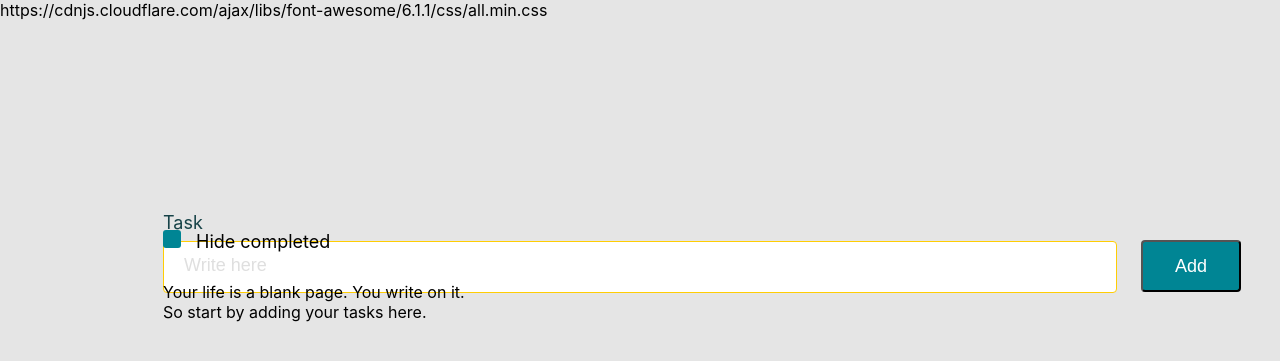
Repository: ArusyakAghajanyan/ToDoMamble
Page: /
The author's editor kept a copy of each file at every save. The page is drawn from the files as they stood at one save, then again after the next save.
The browser window is 1280 px wide. The pictures show the whole page.
The project was rebuilt for these pictures with package versions that can differ from the ones it lists, and the page was loaded fresh each time. Also part of the build but not shown: src/components/toDoItem.css, src/components/ToDoItem.jsx, src/components/confirm.css, src/components/Confirm.jsx.

Above is the page before, as saved 2022-05-25 12:40:04.

### public/index.html
<!DOCTYPE html>
<html lang="en">
  <head>
    <meta charset="utf-8" />
    <link rel="icon" href="%PUBLIC_URL%/favicon.ico" />
    https://cdnjs.cloudflare.com/ajax/libs/font-awesome/6.1.1/css/all.min.css
    <meta name="viewport" content="width=device-width, initial-scale=1" />
    <meta name="theme-color" content="#000000" />
    <meta
      name="description"
      content="Web site created using create-react-app"
    />
    <link rel="apple-touch-icon" href="%PUBLIC_URL%/logo192.png" />
    <!--
      manifest.json provides metadata used when your web app is installed on a
      user's mobile device or desktop. See https://developers.google.com/web/fundamentals/web-app-manifest/
    -->
    <link rel="manifest" href="%PUBLIC_URL%/manifest.json" />
    <!--
      Notice the use of %PUBLIC_URL% in the tags above.
      It will be replaced with the URL of the `public` folder during the build.
      Only files inside the `public` folder can be referenced from the HTML.

      Unlike "/favicon.ico" or "favicon.ico", "%PUBLIC_URL%/favicon.ico" will
      work correctly both with client-side routing and a non-root public URL.
      Learn how to configure a non-root public URL by running `npm run build`.
    -->
    <title>React App</title>
  </head>
  <body>
    <noscript>You need to enable JavaScript to run this app.</noscript>
    <div id="root"></div>
    <!--
      This HTML file is a template.
      If you open it directly in the browser, you will see an empty page.

      You can add webfonts, meta tags, or analytics to this file.
      The build step will place the bundled scripts into the <body> tag.

      To begin the development, run `npm start` or `yarn start`.
      To create a production bundle, use `npm run build` or `yarn build`.
    -->
  </body>
</html>

### src/index.css
body {

    /* min-width: 230px; */
    max-width: 1440px;


  margin: 0;
  font-family: -apple-system, BlinkMacSystemFont, 'Segoe UI', 'Roboto', 'Oxygen',
    'Ubuntu', 'Cantarell', 'Fira Sans', 'Droid Sans', 'Helvetica Neue',
    sans-serif;
  -webkit-font-smoothing: antialiased;
  -moz-osx-font-smoothing: grayscale;
}

code {
  font-family: source-code-pro, Menlo, Monaco, Consolas, 'Courier New',
    monospace;
}

### src/App.js

import './App.css';
import AddItem from './components/AddItem';
import ToDoList from './components/ToDoList';
import Confirm from './components/Confirm';
import {useState,useEffect} from 'react'


function App() {
  const [todo, setTodo]=useState([]);
  const [filteredTodo,setFilteredTodo]=useState([]);
  const [modal, setModal] = useState(false);
const [confirmStatus, setConfirmStatus] = useState(false);
  const [deleteItem, setDeletItem] = useState({});

  function modalStatus(status, item){
    console.log(status, item);
    setModal(status);
    setDeletItem(item);

  }
  function confirmDelete(status){
    console.log("deletestatus=", status);
    if(status === "no") {
      setConfirmStatus(false);
      setModal(false);
    }else if (status === "yes"){
      setConfirmStatus(true);
      setModal(false)
    }
  }
  function filter(check){
    if(check){
      setFilteredTodo(todo.filter(td => td.isCompleted))
    }else{
      setFilteredTodo([]);
    }
  }

  useEffect(()=>{
    console.log("confirmStatus=", confirmStatus);
    if(confirmStatus){
      setTodo(todo.filter(value => value.id !== deleteItem.id));
      setDeletItem({});
    }
    setConfirmStatus(false);
      console.log(modal);

  },[confirmStatus])

useEffect(() => {
  let todos;
  let storageData = localStorage.getItem("todos");
  if(storageData !== "undefined"){
    todos = JSON.parse(storageData);
  }
  if(todos) setTodo(todos);
}, [])

useEffect(() => {
 if(todo.length > 0) localStorage.setItem("todos",JSON.stringify(todo))
 if(todo.length == 0) localStorage.clear();
}, [todo])

  return (
    <div className="App">
    <div className="checkContainer">
  <div className="filterDiv">
    <input id="filter" type="checkbox" onChange={(e)=>{
      filter(e.target.checked)
      }} />

      <label htmlFor="filter" className="chkbox">
      Hide completed
      </label>
      </div>
      <div className="addContainer">
        <AddItem onAdd={(text)=>{
        setTodo([{
          id:Math.random(),
          text:text,
          isCompleted:false
        },...todo])
      }}/>


      <ToDoList
      todo={filteredTodo.length > 0 ? todo.filter(td => !td.isCompleted):todo}
      modalStatus={modalStatus}
      onChange={(newItem)=>{
      setTodo(todo.map(td=>{
        if(td.id==newItem.id){
          return newItem
        }
        return td
      }))
      }}
      />
       { modal && <Confirm confirmDelete={confirmDelete} modalStatus={modalStatus}/>}
    </div>
    </div>
    </div>
  );
}

export default App;

### src/App.css
*{
  margin: 0;
  padding: 0;
  box-sizing: border-box;
}


.App {
  display: flex;
  align-items: center;
  justify-content: center;
  position: relative;
  margin: 256px 0 40px 0;

}

.chkbox{
  padding-left: 15px;
  font-size: 18px;


}

.checkContainer{
  position: absolute;
display: flex;
flex-direction: column;


}
/* .checkmark{
  background-color: #E5E5E5;
} */

.filterDiv{

  position: absolute;
justify-content: flex-end;
float: right;

}
input[type="checkbox"]{
  appearance: none;
  -webkit-appearance: none;
  height: 18px;
  width: 18px;
  background-color: #008594;
  border-radius: 3px;
  cursor: pointer;
}

### src/components/AddItem.jsx
import {React, useState, useEffect, useRef} from 'react'
import './addItem.css'

export default function AddItem({onAdd}) {
    const [text, setText] = useState("");
    const[errorMes,setErrorMes] = useState("");
    const inputText = useRef(0);
    let validText = "";
    useEffect(() => {
        inputText.current.addEventListener("keyup",(e)=>{
            let id=setTimeout(()=>{
            validText = e.target.value;
            if(validText.length >= 54 ){
             setErrorMes("Task content can contain max 54 characters.")
            } else {
                setErrorMes("");
                setText(validText);
            }
            },1000);
            return () => clearTimeout(id)
        })
    }, [text])

    return (

      <form
      className="formTask"
      onSubmit={(e)=>{
          e.preventDefault();
          if(errorMes==="" && text !=="") onAdd(text);
          if(errorMes==="") setText("");
      }}>
      <div id="formDiv">
       <div className="inputDiv">
            <label className="taskLabel" htmlFor="inputText"> Task
            </label>
            <input
            id="inputText"
            type="text"
            style={errorMes ? {borderColor: 'red'} : {borderColor:'#FFCD04'}}
            ref= {inputText}
             value={text}
             placeholder="Write here"
            onChange={(e)=>{
            setText(e.target.value)
            }}/>
            <p>{errorMes}</p>
            </div>
        <div className="formBut">
            <button className="addbut">Add</button>
                   </div>
            </div>
         </form>

    )
}

### src/components/ToDoList.jsx
import React from 'react';
import ToDoItem from './ToDoItem'
import './toDoList.css'
export default function ToDoList({todo,modalStatus,onChange}) {
    return (
        <div>
           {todo && todo.length > 0 ? todo.map(item=>{
               return (
<ToDoItem
key={item.id}
item = {item}
modalStatus={modalStatus}
onChange={onChange}
/>
               )
           })
           :
            <div className='listText'>
            <p className="firstP">Your life is a blank page. You write on it.</p>
            <p className="secondP">So start by adding your tasks here.</p>
            </div>
        }
        </div>
    )
}

### src/components/addItem.css

.addbut {
  background-color: #008594;
  color: #ffffff;
  font-size: 18px;
  width: 100px;
  height: 52px;
  margin-top: 20px;

  border-radius: 4px;
  text-align:center
}
#formDiv {
  display: flex;

  align-items: center;
  height: 52px;
  /* margin-left: 80px; */

}
#inputText {
  /* position: center; */
  width: 954px;
  padding: 12px 20px;
  margin: 8px 0;
  border: 1px solid #ffcd04;
  outline: none;
  height: 52px;
  margin-right: 24px;
  border-radius: 4px;
}
.taskLabel {
  color: #174348;
  font-size: 18px;
}
#inputText:hover {
  border: 1px solid rgb(90, 10, 90);
}
input::placeholder {
  color: #dfdfdf;
  font-size: 18px;
}
/* .taskLabel {
  float: left;
} */
.formTask {
  width: 954px;
}

### src/components/toDoList.css

 body{
     background-color:  #E5E5E5;
 }
/*
 .listText{
     display: flex; */

/* justify-content: center;
align-items: center; */
/* flex-direction: column;

 } */
/* .firstP{
 color: #ACACAC;
font-size: 24px;
letter-spacing: 0.2px;
}
.secondP{
    color: #666666;
font-size: 36px;
letter-spacing: 0.002em;

} */

Loaded but not shown: src/index.js (common file); src/reportWebVitals.js (common file)

After the next save:
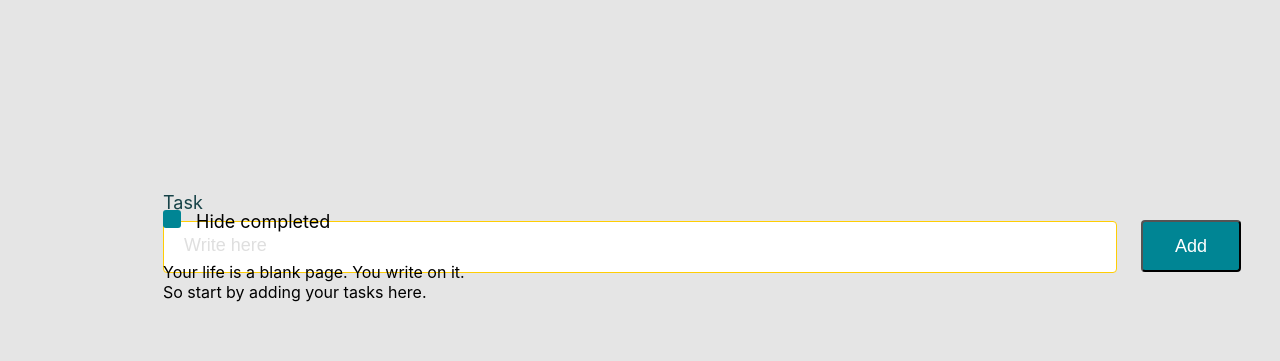
Saved 8 s later.
--- a/public/index.html
+++ b/public/index.html
@@ -3,7 +3,7 @@
   <head>
     <meta charset="utf-8" />
     <link rel="icon" href="%PUBLIC_URL%/favicon.ico" />
-    https://cdnjs.cloudflare.com/ajax/libs/font-awesome/6.1.1/css/all.min.css
+    <link rel="icon" href="https://cdnjs.cloudflare.com/ajax/libs/font-awesome/6.1.1/css/all.min.css
     <meta name="viewport" content="width=device-width, initial-scale=1" />
     <meta name="theme-color" content="#000000" />
     <meta
